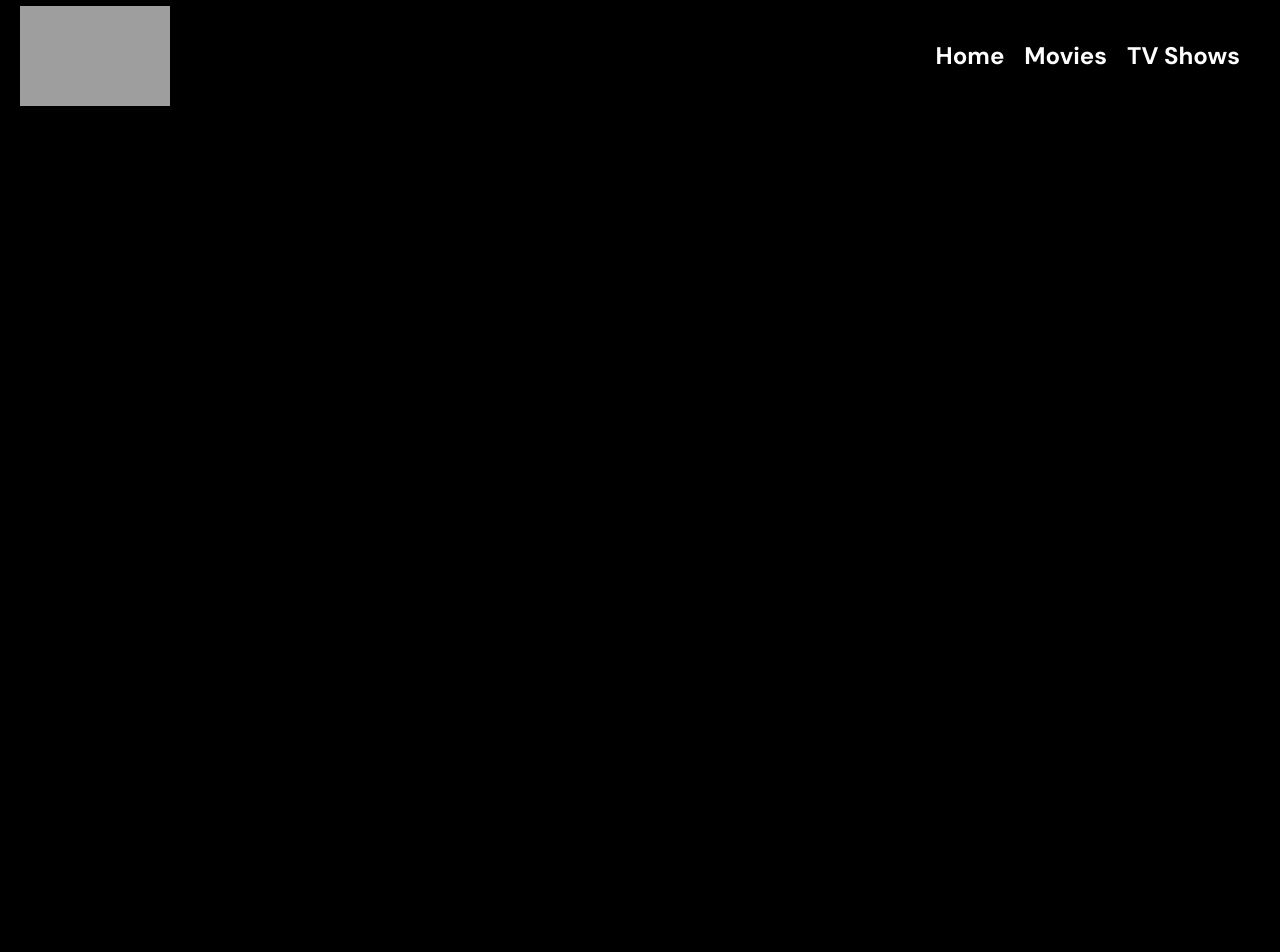
Repository: quynguyenn97/react-movie-app
Page: /
These files come from the project's save history. The page is drawn as it stood at one moment and after the next save; the edit follows.
The browser window is 1280 px wide. The pictures show the part of the page from y = 0 to 952 px (the page is 1996 px tall).
Pictures or frames that could not be fetched are drawn as grey boxes. The page's requests for data from a server got no answer. The project was rebuilt for these pictures with package versions that can differ from the ones it lists, and the page was loaded fresh each time. No one was signed in, and anything a server would have sent is missing. Also part of the build but not shown: src/components/button/Button.js, src/hook/useDebounce.js, src/components/shows/ShowsCard.js, src/pages/ShowPage.js, src/pages/ShowDetailPage.js.

Above is the page before, as saved 2022-10-15 09:00:57.

### public/index.html
<!DOCTYPE html>
<html lang="en">
    <head>
        <meta charset="utf-8" />
        <link rel="icon" href="%PUBLIC_URL%/favicon.ico" />
        <meta name="viewport" content="width=device-width, initial-scale=1" />
        <meta name="theme-color" content="#000000" />
        <meta
            name="description"
            content="Web site created using create-react-app" />
        <link rel="apple-touch-icon" href="%PUBLIC_URL%/logo192.png" />
        <!--
      manifest.json provides metadata used when your web app is installed on a
      user's mobile device or desktop. See https://developers.google.com/web/fundamentals/web-app-manifest/
    -->
        <link rel="manifest" href="%PUBLIC_URL%/manifest.json" />
        <!--
      Notice the use of %PUBLIC_URL% in the tags above.
      It will be replaced with the URL of the `public` folder during the build.
      Only files inside the `public` folder can be referenced from the HTML.

      Unlike "/favicon.ico" or "favicon.ico", "%PUBLIC_URL%/favicon.ico" will
      work correctly both with client-side routing and a non-root public URL.
      Learn how to configure a non-root public URL by running `npm run build`.
    -->
        <link rel="preconnect" href="https://fonts.googleapis.com" />
        <link rel="preconnect" href="https://fonts.gstatic.com" crossorigin />
        <link
            href="https://fonts.googleapis.com/css2?family=DM+Sans:wght@400;500;700&display=swap"
            rel="stylesheet" />
        <title>React App</title>
    </head>
    <body>
        <noscript>You need to enable JavaScript to run this app.</noscript>
        <div id="root"></div>
        <!--
      This HTML file is a template.
      If you open it directly in the browser, you will see an empty page.

      You can add webfonts, meta tags, or analytics to this file.
      The build step will place the bundled scripts into the <body> tag.

      To begin the development, run `npm start` or `yarn start`.
      To create a production bundle, use `npm run build` or `yarn build`.
    --></body>
</html>

### src/index.js
import React from "react";
import ReactDOM from "react-dom/client";
import "./index.scss";
import App from "./App";
import reportWebVitals from "./reportWebVitals";
import { BrowserRouter } from "react-router-dom";

const root = ReactDOM.createRoot(document.getElementById("root"));
root.render(
    <BrowserRouter>
        <React.StrictMode>
            <App />
        </React.StrictMode>
    </BrowserRouter>
);

// If you want to start measuring performance in your app, pass a function
// to log results (for example: reportWebVitals(console.log))
// or send to an analytics endpoint. Learn more: https://bit.ly/CRA-vitals
reportWebVitals();

### src/index.scss
@tailwind base;
@tailwind components;
@tailwind utilities;

@layer base {
    body {
        @apply bg-black font-body px-5 text-white;
    }
}
@layer components {
    .page-container {
        max-width: 1280px;
        @apply mx-auto;
    }
    .movie-list .swiper-slide {
        width: 300px;
        height: auto;
    }
    .banner .swiper {
        height: 100%;
    }
    .btn {
        box-shadow: 0 0 6px 6px rgba(#fc2872, 0.3);
    }
    .btn-custom {
        background: linear-gradient(107.61deg, #00a7b4 15.59%, #a4d96c 87.25%);
        border-radius: 8px;
        box-shadow: 0 0 6px 6px rgba(#a4d96c, 0.3);
    }
    .contact :hover {
        color: #a4d96c;
    }
}
.pagination {
    display: flex;
    align-items: center;
    justify-content: center;
    gap: 20px;
    .selected {
        @apply text-primary;
    }
}
.skeleton {
    background-color: #eee;
    background-image: linear-gradient(
        110deg,
        #ececec 8%,
        #f5f5f5 18%,
        #ececec 33%
    );
    background-size: 200% 100%;
    animation: 1.5s shine linear infinite;
}
@keyframes shine {
    to {
        background-position-x: -200%;
    }
}

### src/App.js
import { Fragment, lazy, Suspense } from "react";
import Banner from "./banner/Banner";
import "swiper/scss";
import "swiper/css/autoplay";
import { Route, Routes } from "react-router-dom";
import Main from "./layout/Main";
import ShowPage from "./pages/ShowPage";
import ShowDetailsPage from "./pages/ShowDetailPage";
const HomePage = lazy(() => import("./pages/HomePage"));
const MovieDetailsPage = lazy(() => import("./pages/MovieDetailsPage"));
const MoviePage = lazy(() => import("./pages/MoviePage"));

function App() {
    return (
        <Fragment>
            <Suspense fallback={<></>}>
                <Routes>
                    <Route element={<Main></Main>}>
                        <Route
                            path="/"
                            element={
                                <>
                                    <Banner></Banner>
                                    <HomePage></HomePage>
                                </>
                            }></Route>
                        <Route
                            path="/movies"
                            element={<MoviePage></MoviePage>}></Route>
                        <Route
                            path="/movie/:movieId"
                            element={
                                <MovieDetailsPage></MovieDetailsPage>
                            }></Route>
                        <Route
                            path="/shows"
                            element={<ShowPage></ShowPage>}></Route>
                        <Route
                            path="/show/:showId"
                            element={
                                <ShowDetailsPage></ShowDetailsPage>
                            }></Route>
                    </Route>
                </Routes>
            </Suspense>
        </Fragment>
    );
}

export default App;

### src/layout/Main.js
import React, { Fragment } from "react";
import Header from "./Header";
import { Outlet } from "react-router-dom";
const Main = () => {
    return (
        <Fragment>
            <Header></Header>
            <Outlet></Outlet>
        </Fragment>
    );
};

export default Main;

### src/pages/HomePage.js
import React, { Fragment } from "react";
import MovieList from "../components/movie/MovieList";
import ShowsList from "../components/shows/ShowsList";
import Footer from "../layout/Footer";
const HomePage = () => {
    return (
        <Fragment>
            <section className="movies-layout page-container pb-20">
                <h2 className="text-primary capitalize mb-5 text-3xl font-bold">
                    Now playing
                </h2>
                <MovieList></MovieList>
                <div className="movie-list grid grid-cols-4 gap-10"></div>
            </section>
            <section className="movies-layout page-container pb-20">
                <h2 className="text-primary capitalize mb-5 text-3xl font-bold">
                    Top Rated
                </h2>
                <MovieList type="top_rated"></MovieList>
            </section>
            <section className="movies-layout page-container pb-20">
                <h2 className="text-primary capitalize mb-5 text-3xl font-bold">
                    Trending
                </h2>
                <MovieList type="popular"></MovieList>
            </section>
            <section className="movies-layout page-container pb-20">
                <h2 className="text-[#88d13a] capitalize mb-5 text-3xl font-bold">
                    TV Shows
                </h2>
                <ShowsList type="popular"></ShowsList>
            </section>
            <Footer />
        </Fragment>
    );
};

export default HomePage;

### src/config.js
export const fetcher = (...args) => fetch(...args).then((res) => res.json());
export const apiKey = "5b6bd71d2eb24fb649d55629a64802ff";
const tmdbEndpoint = "https://api.themoviedb.org/3/movie";
const tmdbEndpointTV = "https://api.themoviedb.org/3/tv";
const tmdbEndpointSearch = "https://api.themoviedb.org/3/search/movie";
const tmdbEndpointSearchTV = "https://api.themoviedb.org/3/search/tv";
export const tmdbAPI = {
    getMovieList: (type, page = 2) =>
        `${tmdbEndpoint}/${type}?api_key=${apiKey}&page=${page}`,
    getMovieDetails: (movieId) =>
        `${tmdbEndpoint}/${movieId}?api_key=${apiKey}`,
    getMovieMeta: (movieId, type) =>
        `${tmdbEndpoint}/${movieId}/${type}?api_key=${apiKey}`,
    getMovieSearch: (query, page) =>
        `${tmdbEndpointSearch}?api_key=${apiKey}&query=${query}&page=${page}`,
    getTVList: (type, page = 1) =>
        `${tmdbEndpointTV}/${type}?api_key=${apiKey}&page=${page}`,
    getTVSearch: (query, page) =>
        `${tmdbEndpointSearchTV}?api_key=${apiKey}&query=${query}&page=${page}`,
    getTVDetails: (showId) => `${tmdbEndpointTV}/${showId}?api_key=${apiKey}`,
    getTVMeta: (showId, type) =>
        `${tmdbEndpointTV}/${showId}/${type}?api_key=${apiKey}`,

    imageOriginal: (url) => `https://image.tmdb.org/t/p/original/${url}`,
    image500: (url) => `https://image.tmdb.org/t/p/w500/${url}`,
};

### src/layout/Header.js
import React from "react";
import { NavLink } from "react-router-dom";

const Header = () => {
    return (
        <header>
            <div className="flex items-center justify-between page-container flex-wrap sm:flex-nowrap ">
                <div className="w-[200px] h-[50px] sm:w-[150px] sm:h-[100px] ">
                    <img
                        src="https://i0.wp.com/www.downloadfonts.io/wp-content/uploads/2021/09/Netflix-Logo-Font.png?fit=1024%2C581&ssl=1"
                        alt=""
                        className="object-cover w-full h-full"
                    />
                </div>
                <div className="header flex items-center justify-end mr-0 md:mr-5 gap-x-2 md:gap-x-5 text-white py-10  text-2xl sm:text-2xl font-bold">
                    <NavLink
                        to="/"
                        className={({ isActive }) =>
                            isActive ? "text-white" : ""
                        }>
                        Home
                    </NavLink>
                    <NavLink
                        to="/movies"
                        className={({ isActive }) =>
                            isActive ? "text-primary" : ""
                        }>
                        Movies
                    </NavLink>
                    <NavLink
                        to="/shows"
                        className={({ isActive }) =>
                            isActive ? "text-[#52851b]" : ""
                        }>
                        TV Shows
                    </NavLink>
                </div>
            </div>
        </header>
    );
};

export default Header;

### src/components/movie/MovieList.js
import React, { useEffect, useState } from "react";
import { SwiperSlide, Swiper } from "swiper/react";
import useSWR from "swr";
import { fetcher } from "../../config";
import MovieCard, { MovieCardSkeleton } from "./MovieCard";
import { tmdbAPI } from "../../config";

const MovieList = ({ type = "now_playing" }) => {
    const { data, error } = useSWR(tmdbAPI.getMovieList(type), fetcher);
    const isLoading = !data && !error;
    const movie = data?.results || [];
    return (
        <div className="movie-list">
            {isLoading && (
                <>
                    <Swiper
                        grabCursor={"true"}
                        spaceBetween={40}
                        slidesPerView={"auto"}>
                        <SwiperSlide>
                            <MovieCardSkeleton></MovieCardSkeleton>
                        </SwiperSlide>
                        <SwiperSlide>
                            <MovieCardSkeleton></MovieCardSkeleton>
                        </SwiperSlide>
                        <SwiperSlide>
                            <MovieCardSkeleton></MovieCardSkeleton>
                        </SwiperSlide>
                        <SwiperSlide>
                            <MovieCardSkeleton></MovieCardSkeleton>
                        </SwiperSlide>
                        <SwiperSlide>
                            <MovieCardSkeleton></MovieCardSkeleton>
                        </SwiperSlide>
                    </Swiper>
                </>
            )}
            {!isLoading && (
                <Swiper
                    grabCursor={"true"}
                    spaceBetween={40}
                    slidesPerView={"auto"}>
                    {movie &&
                        movie.length > 0 &&
                        movie.map((item) => {
                            return (
                                <SwiperSlide key={`movie-${item.id}`}>
                                    <MovieCard item={item}></MovieCard>
                                </SwiperSlide>
                            );
                        })}
                </Swiper>
            )}
        </div>
    );
};

export default MovieList;

### src/components/shows/ShowsList.js
import React from "react";
import { SwiperSlide, Swiper } from "swiper/react";
import useSWR from "swr";
import { fetcher } from "../../config";
import { MovieCardSkeleton } from "../movie/MovieCard";
import { tmdbAPI } from "../../config";
import ShowsCard from "./ShowsCard";

const ShowList = ({ type = "top_rated" }) => {
    const { data, error } = useSWR(tmdbAPI.getTVList(type), fetcher);
    const isLoading = !data && !error;
    const show = data?.results || [];
    return (
        <div className="movie-list">
            {isLoading && (
                <>
                    <Swiper
                        grabCursor={"true"}
                        spaceBetween={40}
                        slidesPerView={"auto"}>
                        <SwiperSlide>
                            <MovieCardSkeleton></MovieCardSkeleton>
                        </SwiperSlide>
                        <SwiperSlide>
                            <MovieCardSkeleton></MovieCardSkeleton>
                        </SwiperSlide>
                        <SwiperSlide>
                            <MovieCardSkeleton></MovieCardSkeleton>
                        </SwiperSlide>
                        <SwiperSlide>
                            <MovieCardSkeleton></MovieCardSkeleton>
                        </SwiperSlide>
                        <SwiperSlide>
                            <MovieCardSkeleton></MovieCardSkeleton>
                        </SwiperSlide>
                    </Swiper>
                </>
            )}
            {!isLoading && (
                <Swiper
                    grabCursor={"true"}
                    spaceBetween={40}
                    slidesPerView={"auto"}>
                    {show &&
                        show.length > 0 &&
                        show.map((item) => {
                            return (
                                <SwiperSlide key={`movie-${item.id}`}>
                                    <ShowsCard item={item}></ShowsCard>
                                </SwiperSlide>
                            );
                        })}
                </Swiper>
            )}
        </div>
    );
};

export default ShowList;

### src/layout/Footer.js
import React from "react";

const Footer = () => {
    return (
        <div className="w-full h-[500px] relative page-container">
            <img
                src="https://movie-clone-sigma.vercel.app/static/media/footer-bg.67e95f05e76a8cebf7e2.jpg"
                alt=""
                className="object-cover h-[500px] w-full absolute"
            />
            <h3 className="text-[#fc2872] absolute text-2xl font-bold bottom-[45%] left-[45%] contact">
                <a href="https://www.facebook.com/nguyenhoangtrongquy/">
                    Contact Me
                </a>
            </h3>
        </div>
    );
};

export default Footer;

### src/components/loading/LoadingSkeleton.js
import React from "react";

const LoadingSkeleton = (props) => {
    return (
        <div
            className={`skeleton ${props.className}`}
            style={{
                height: props.height,
                width: props.width || "100%",
                borderRadius: props.radius,
            }}></div>
    );
};

export default LoadingSkeleton;

### tailwind.config.js
/** @type {import('tailwindcss').Config} */
module.exports = {
    content: ["./src/**/*.{js,jsx,ts,tsx}"],
    theme: {
        extend: {
            fontFamily: {
                body: ["DM sans", "sans-serif"],
            },
            colors: {
                primary: "#FC2872",
                secondary: "#6F5CF1",
            },
        },
    },
    plugins: [],
};

Loaded but not shown: src/reportWebVitals.js (common file); src/components/movie/MovieCard.js (87 lines, source omitted); src/banner/Banner.js (68 lines, source omitted)

After the next save:
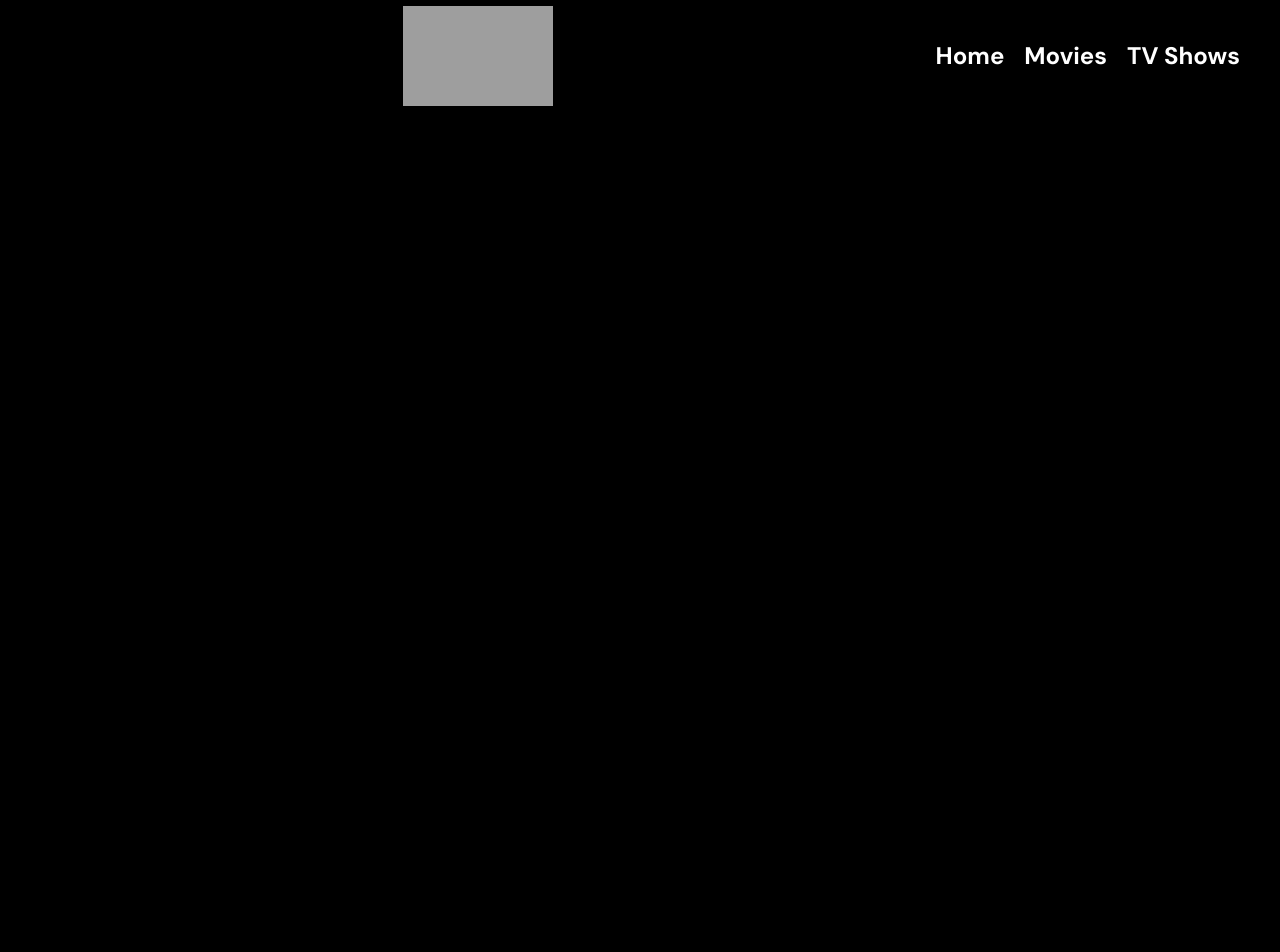
Saved 27 s later.
--- a/src/layout/Header.js
+++ b/src/layout/Header.js
@@ -5,7 +5,7 @@
     return (
         <header>
             <div className="flex items-center justify-between page-container flex-wrap sm:flex-nowrap ">
-                <div className="w-[200px] h-[50px] sm:w-[150px] sm:h-[100px] ">
+                <div className="w-[200px] h-[50px] sm:w-[150px] sm:h-[100px] mx-auto">
                     <img
                         src="https://i0.wp.com/www.downloadfonts.io/wp-content/uploads/2021/09/Netflix-Logo-Font.png?fit=1024%2C581&ssl=1"
                         alt=""

After the 6 saves that followed:
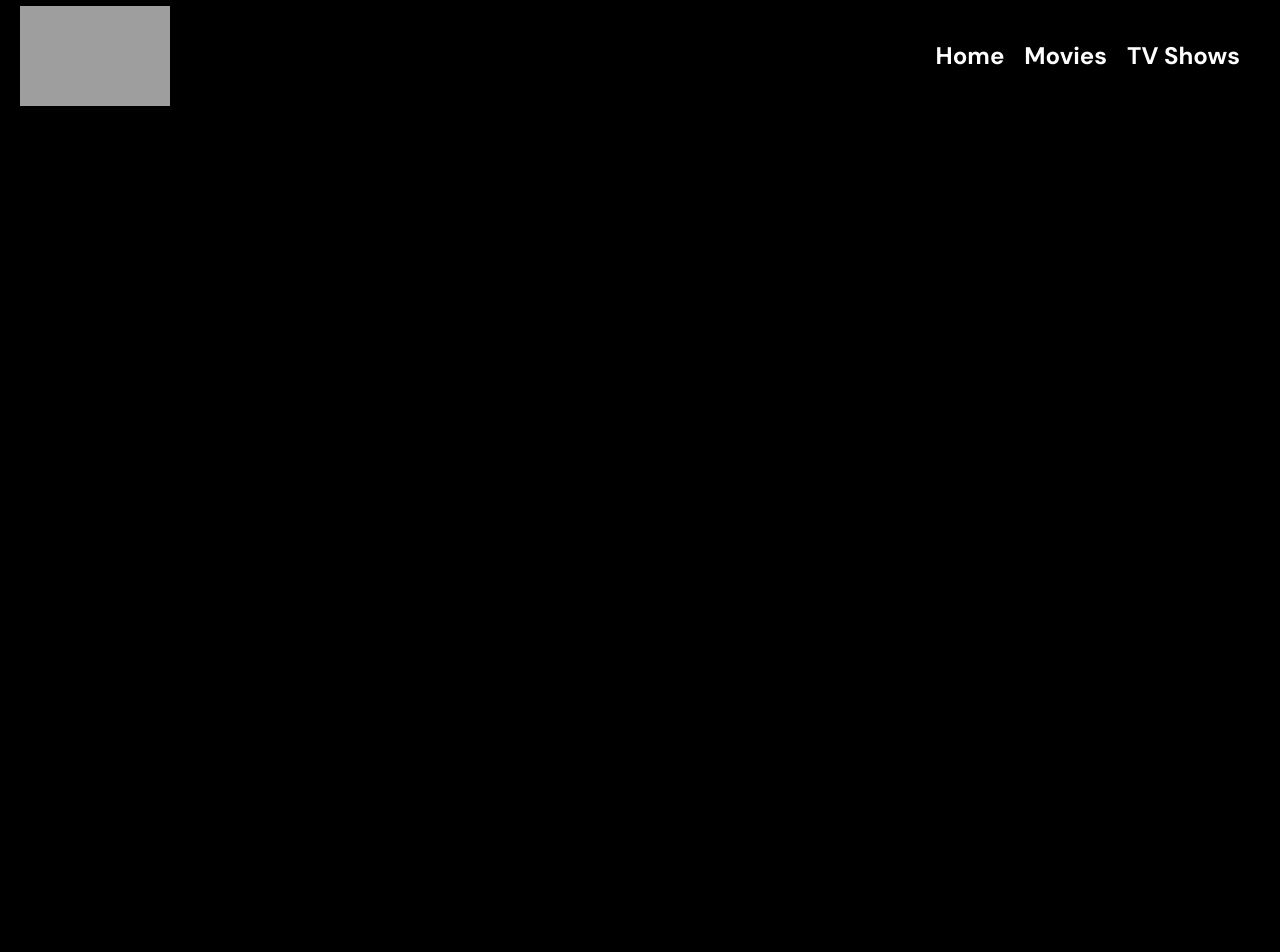
The 6 saves are shown as one change because 5 left the picture as it was.
The last was saved 93 s later.
--- a/src/layout/Header.js
+++ b/src/layout/Header.js
@@ -5,7 +5,7 @@
     return (
         <header>
             <div className="flex items-center justify-between page-container flex-wrap sm:flex-nowrap ">
-                <div className="w-[200px] h-[50px] sm:w-[150px] sm:h-[100px] mx-auto">
+                <div className="w-[250px] h-[50px] sm:w-[150px] sm:h-[100px] text-center">
                     <img
                         src="https://i0.wp.com/www.downloadfonts.io/wp-content/uploads/2021/09/Netflix-Logo-Font.png?fit=1024%2C581&ssl=1"
                         alt=""
